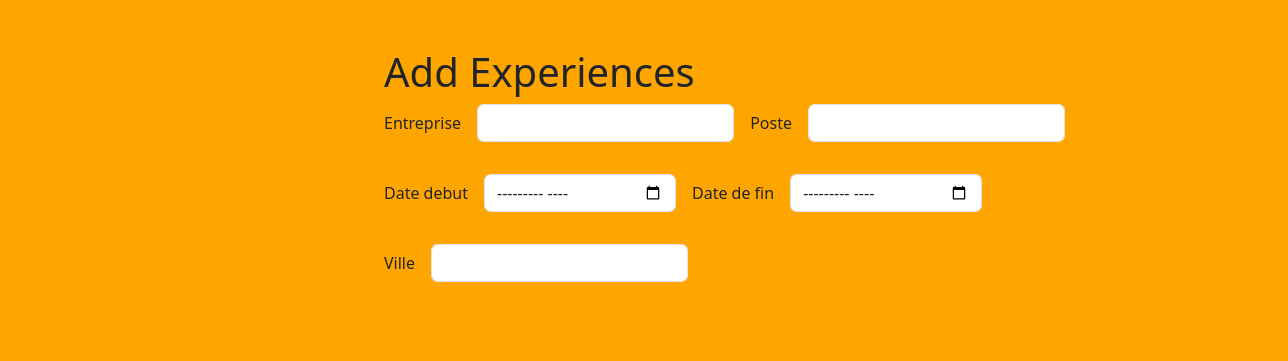
Repository: moAllElite/Examen-EJB-WEB-EAR
Page: http://localhost/SearchJobsWeb/views/exp_form_skills/addExp.jsp
An editor plug-in stored every save of this project. The page is shown before and after the next save, followed by the edit.
The browser window is 1280 px wide. The page is 1288 px wide, so the pictures cover 1288 px, including what lies to the right of the window. The pictures show the whole page.
The page is served by Tomcat 9. Nobody is signed in. The application's start-up code is not run.

Above is the page before, as saved 2023-03-25 22:34:49.

After the next save:
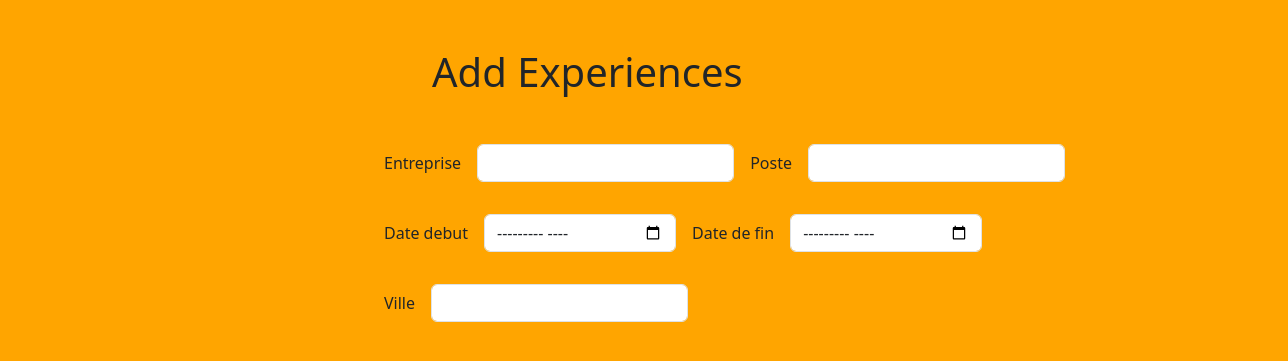
Saved 7 s later.
--- a/SearchJobsWeb/src/main/webapp/views/exp_form_skills/addExp.jsp
+++ b/SearchJobsWeb/src/main/webapp/views/exp_form_skills/addExp.jsp
@@ -7,7 +7,7 @@
 <title>Experience</title>
 </head>
 <body>
-	<h1 class=" mt-5">Add Experiences</h1>
+	<h1 class=" m-5">Add Experiences</h1>
 	<form method="post" action="AddExperience">
 		<jsp:include page="main.jsp"></jsp:include>
 	</form>
